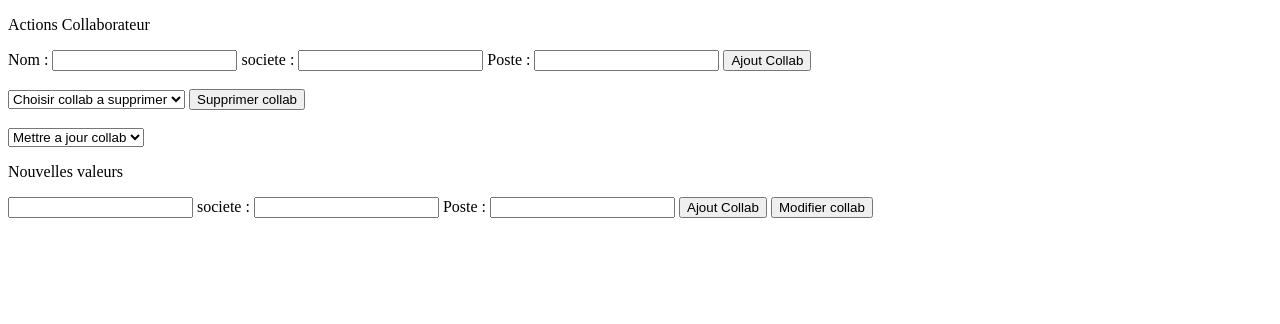
Repository: Shakibaei-2020/CRA_JEE_FINAL
Page: http://localhost/jee_crainfocom/WEB-INF/accueil.jsp
The author's editor kept a copy of each file at every save. The page is drawn from the files as they stood at one save, then again after the next save.
The browser window is 1280 px wide. The pictures show the whole page.
The page is served by Tomcat 9. Nobody is signed in. The template is opened directly, without the code that normally fills it, so the values that code supplies are empty.

Above is the page before, as saved 2021-03-25 14:14:12.

After the next save:
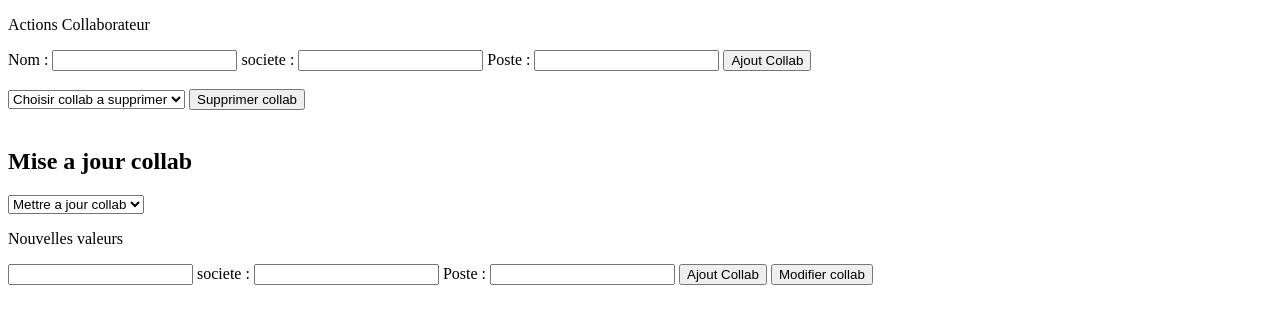
Saved 17 s later.
--- a/CRA_JEE_FINAL/CRA_JEE_FINAL/jee_crainfocom/src/main/webapp/WEB-INF/accueil.jsp
+++ b/CRA_JEE_FINAL/CRA_JEE_FINAL/jee_crainfocom/src/main/webapp/WEB-INF/accueil.jsp
@@ -36,7 +36,7 @@
 </form>
 
  <br>
-
+ <h2>Mise a jour collab</h2>
  <form method="post" action="">
 	<select name="pets" id="pet-select">
     	<option value="">Mettre a jour collab</option>
